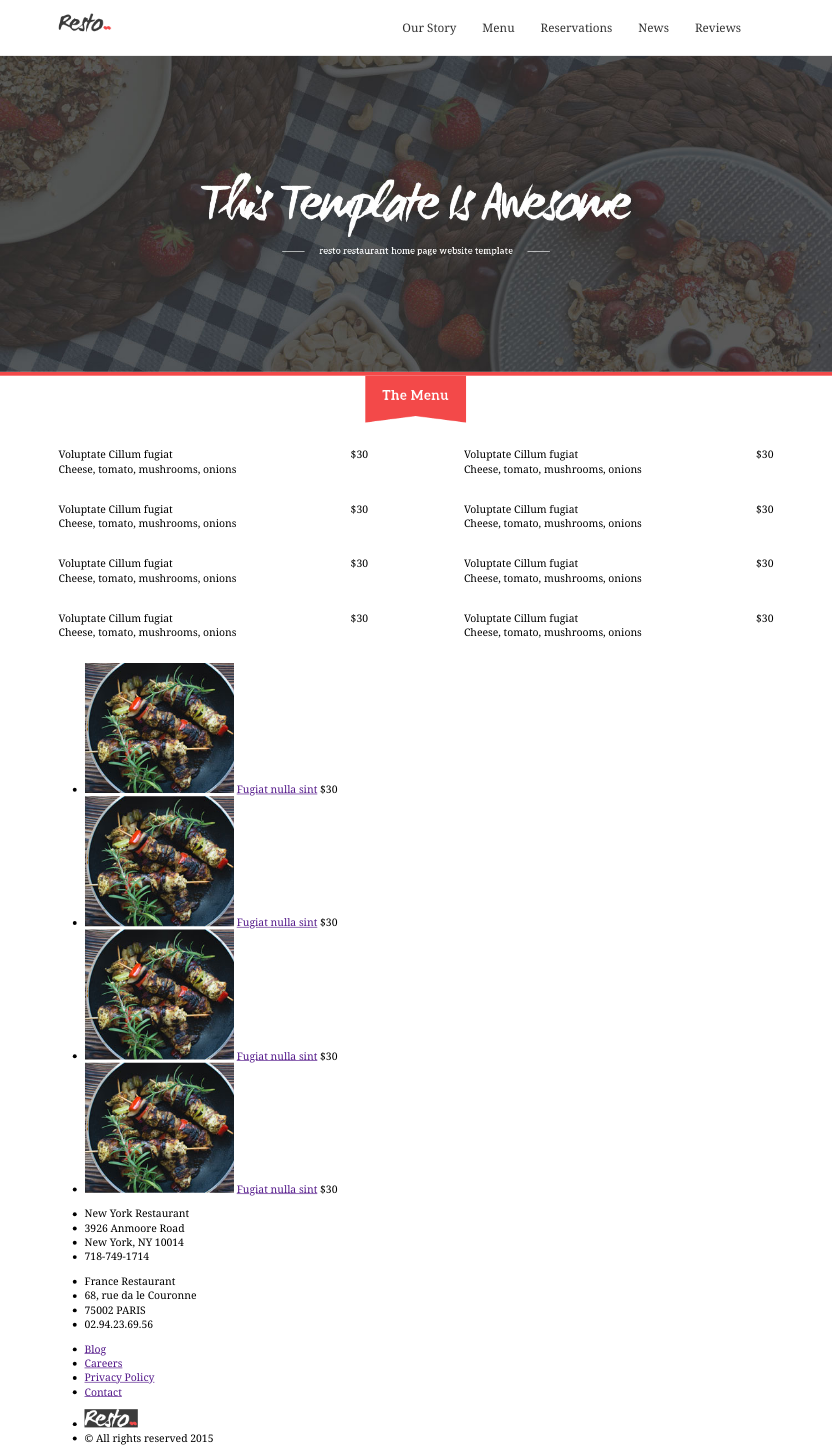
Repository: Piterwk1/psd-to-wordpress
Page: index.html
The author's editor kept a copy of each file at every save. The page is drawn from the files as they stood at one save, then again after the next save.
The browser window is 1280 px wide. The pictures show the whole page, at 65% of full size.

Above is the page before, as saved 2021-09-23 02:52:22.

After the next save:
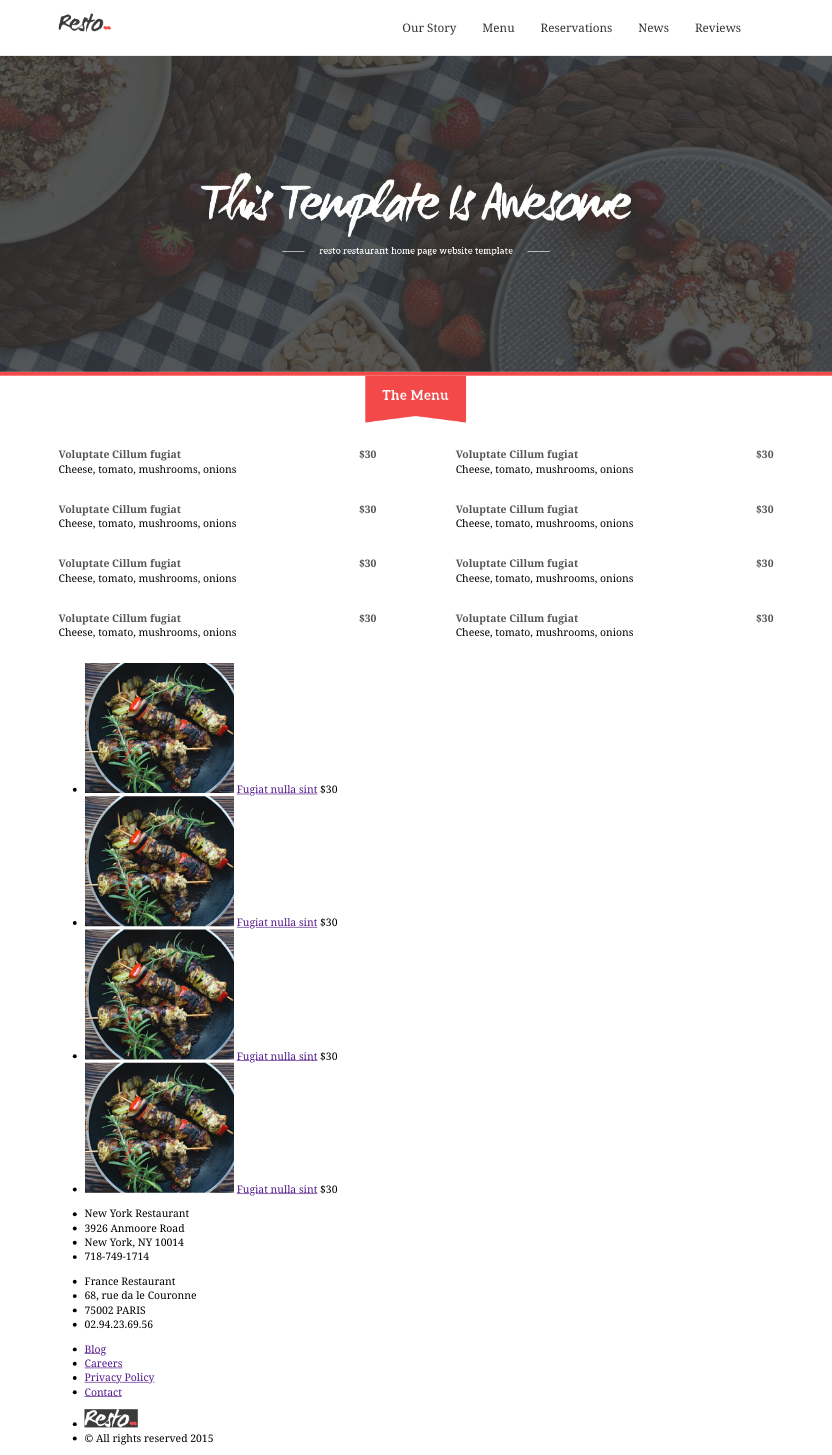
Saved 113 s later.
--- a/style.css
+++ b/style.css
@@ -88,10 +88,11 @@ nav {
 
 .dish{
     width: 50%;
+    color: #555;
+    font-weight: bold;
 }
 
-/* .price {
-    /* width: 50%; */
-
-    align-self: flex-end;
-} */
+.price {
+    color: #555;
+    font-weight: bold;
+}
